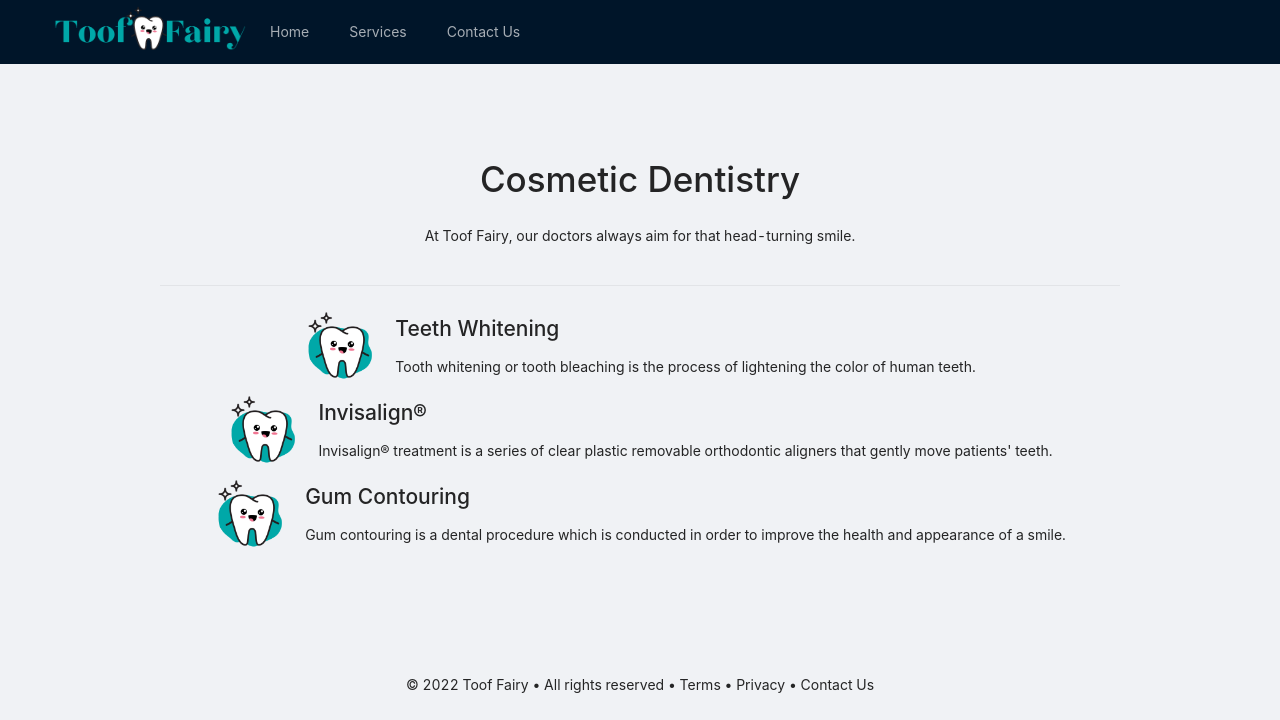
Repository: neldad1/dentist-app
Page: /cosmetic
These files come from the project's save history. The page is drawn as it stood at one moment and after the next save; the edit follows.
The browser window is 1280 px wide. The pictures show the whole page.
The project was rebuilt for these pictures with package versions that can differ from the ones it lists, and the page was loaded fresh each time. Also part of the build but not shown: src/components/Home.jsx, src/components/Contact.jsx, src/components/Services/Restorative.jsx, src/components/Services/Preventative.jsx.

Above is the page before, as saved 2022-03-09 22:45:26.

### public/index.html
<!DOCTYPE html>
<html lang="en">
  <head>
    <meta charset="utf-8" />
    <link rel="ico" href="%PUBLIC_URL%/tfLogo512.svg" />
    <meta name="viewport" content="width=device-width, initial-scale=1" />
    <meta name="theme-color" content="#000000" />
    <meta
      name="description"
      content="Web site created using create-react-app"
    />
    <link rel="apple-touch-icon" href="%PUBLIC_URL%/tfLogo192.png" />
    <!--
      manifest.json provides metadata used when your web app is installed on a
      user's mobile device or desktop. See https://developers.google.com/web/fundamentals/web-app-manifest/
    -->
    <link rel="manifest" href="%PUBLIC_URL%/manifest.json" />
    <!--
      Notice the use of %PUBLIC_URL% in the tags above.
      It will be replaced with the URL of the `public` folder during the build.
      Only files inside the `public` folder can be referenced from the HTML.

      Unlike "/favicon.ico" or "favicon.ico", "%PUBLIC_URL%/favicon.ico" will
      work correctly both with client-side routing and a non-root public URL.
      Learn how to configure a non-root public URL by running `npm run build`.
    -->
    <title>Toof Fairy</title>
  </head>
  <body>
    <noscript>You need to enable JavaScript to run this app.</noscript>
    <div id="root"></div>
    <!--
      This HTML file is a template.
      If you open it directly in the browser, you will see an empty page.

      You can add webfonts, meta tags, or analytics to this file.
      The build step will place the bundled scripts into the <body> tag.

      To begin the development, run `npm start` or `yarn start`.
      To create a production bundle, use `npm run build` or `yarn build`.
    -->
  </body>
</html>

### src/App.js
import { BrowserRouter } from 'react-router-dom';
import './App.css';
import 'antd/dist/antd.min.css';
import Navigation from './components/Router/Navigation';
import AppRoutes from './components/Router/AppRoutes';
import { Layout } from 'antd';
import HeaderLogo from './components/HeaderLogo';
const { Header, Footer, Content } = Layout;

function App() {
  return (
    <Layout className="layout">
      <BrowserRouter>
        <Header>
          <HeaderLogo />
          <Navigation />
        </Header>
        <Content className="content">
          <AppRoutes />
        </Content>
      </BrowserRouter>
      <Footer className="footer">
        © 2022 Toof Fairy • All rights reserved • Terms • Privacy • Contact Us
      </Footer>
    </Layout>
  );
}

export default App;

### src/App.css
h1 {
  font-size: 2.5em;
}

.layout {
  height: 100vh;
  width: 100vw;
  text-align: center;
}

.navigation {
  background-color: inherit;;
}

.logo {
  width: 200px;
  height: 50px;
  float: left;
  margin-top: 4px;
}

.footer {
  color: white;
}

.content, .home {
  display: flex;
  flex-direction: column;
  align-items: center;
  justify-content: center;
}

.intro-wrapper {
  text-align: center;
}

.home {
  width: 100%;
  height: 100%;
  background-image: url('/public/cropped.jpg');
  background-size: cover;
  background-repeat: no-repeat;
}

.content-wrapper {
  width: 50%;
  font-family: 'Segoe UI', sans-serif;
  margin-left: 10em;
  color: whitesmoke;
  display: block;
}
.tagline1 {
  font-weight: bolder;
  font-size: 2em;
  margin: 0;
  line-height: 1;
}

.contact-form {
  text-align: left;
}

.services {
  width: 75%;
  overflow-y: scroll;
  @media only screen and (max-width: 768px) {
    width: 100%;
    margin: 0.5em;
  }
}

.service-info {
  display: flex;
  text-align: left;
  margin-bottom: 1em;
  align-items: center;
}

.service-definition {
  margin-left: 1.5em;
}

### src/components/Router/Navigation.jsx
import { Link } from 'react-router-dom';
import { Menu } from 'antd';
const { SubMenu } = Menu;

const Navigation = () => {
  return (
    <Menu mode="horizontal" theme="dark">
      <Menu.Item key="home">
        <span>Home</span>
        <Link to="/" />
      </Menu.Item>
      <SubMenu key="subMenu" title="Services">
        <Menu.Item key="cosmetic">
          <span>Cosmetic</span>
          <Link to="/cosmetic" />
        </Menu.Item>
        <Menu.Item key="restore">
          <span>Restorative</span>
          <Link to="/restorative" />
        </Menu.Item>
        <Menu.Item key="prevent">
          <span>Preventative</span>
          <Link to="/preventative" />
        </Menu.Item>
      </SubMenu>
      <Menu.Item key="contact">
        <span>Contact Us</span>
        <Link to="/contact" />
      </Menu.Item>
    </Menu>
  );
};

export default Navigation;

### src/components/Router/AppRoutes.jsx
import { Route, Routes } from 'react-router-dom';
import Home from '../Home';
import Contact from '../Contact';
import Cosmetic from '../Services/Cosmetic';
import Restorative from '../Services/Restorative';
import Preventative from '../Services/Preventative';

const AppRoutes = () => {
  return (
    <Routes>
      <Route exact path="/" element={<Home />} />
      <Route path="/cosmetic" element={<Cosmetic />} />
      <Route path="/restorative" element={<Restorative />} />
      <Route path="/preventative" element={<Preventative />} />
      <Route path="/contact" element={<Contact />} />
    </Routes>
  );
};

export default AppRoutes;

### src/components/HeaderLogo.jsx
import { Link } from 'react-router-dom';

const HeaderLogo = () => {
  return (
    <Link to="/">
      <img className="logo" src={require('../tfLogo.png')} alt="TF" />
    </Link>
  );
};

export default HeaderLogo;

### src/components/Services/Cosmetic.jsx
import { Divider } from 'antd';
import ToofImg from './ToofImg';

const Cosmetic = () => {
  return (
    <div className="content services">
      <div>
        <h1>Cosmetic Dentistry</h1>
        <p>
          At Toof Fairy, our doctors always aim for that head-turning smile.
        </p>
      </div>
      <Divider />
      <div className="service-info">
        <ToofImg />
        <div className="service-definition">
          <h2>Teeth Whitening</h2>
          <span>
            Tooth whitening or tooth bleaching is the process of lightening the
            color of human teeth.
          </span>
        </div>
      </div>
      <div className="service-info">
        <ToofImg />
        <div className="service-definition">
          <h2>Invisalign®</h2>
          <span>
            Invisalign® treatment is a series of clear plastic removable
            orthodontic aligners that gently move patients' teeth.{' '}
          </span>
        </div>
      </div>
      <div className="service-info">
        <ToofImg />
        <div className="service-definition">
          <h2>Gum Contouring</h2>
          <span>
            Gum contouring is a dental procedure which is conducted in order to
            improve the health and appearance of a smile.{' '}
          </span>
        </div>
      </div>
    </div>
  );
};

export default Cosmetic;

### src/components/Services/ToofImg.jsx
import { Image } from 'antd';

const ToofImg = () => {
  return (
    <div>
      <Image
        width={70}
        preview={false}
        src={require('../../toof.png')}
        alt="toof"
      />
    </div>
  );
};

export default ToofImg;

Loaded but not shown: src/index.js (common file); src/index.css (common file); src/reportWebVitals.js (common file)

After the next save:
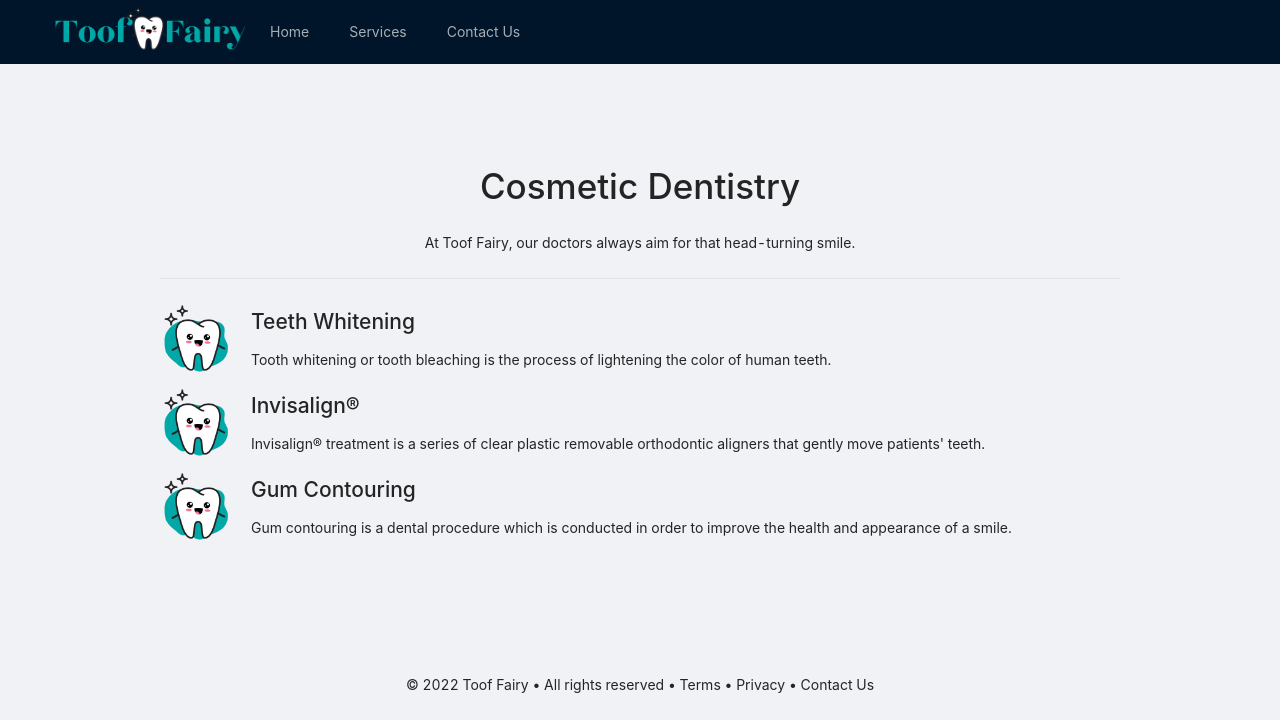
Saved 2 min 27 s later.
--- a/src/components/Services/Cosmetic.jsx
+++ b/src/components/Services/Cosmetic.jsx
@@ -3,7 +3,7 @@ import ToofImg from './ToofImg';
 
 const Cosmetic = () => {
   return (
-    <div className="content services">
+    <div className="services">
       <div>
         <h1>Cosmetic Dentistry</h1>
         <p>
